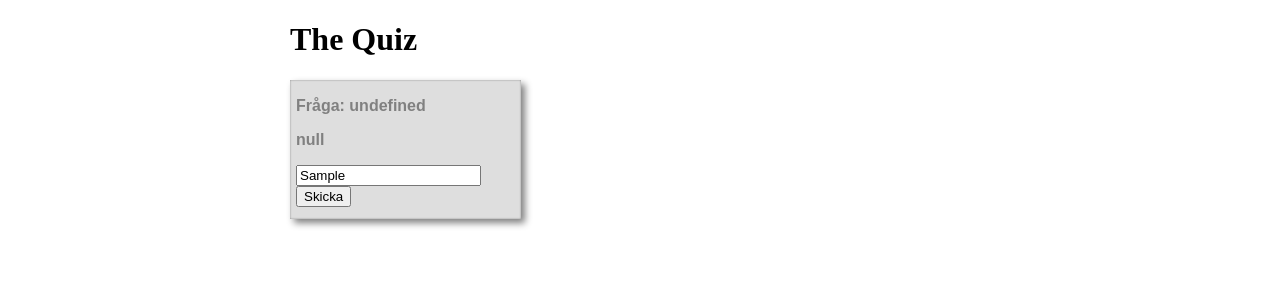
Repository: sk222sw/1dv403-laborationer
Page: 4-thequiz/index.html
The author's editor kept a record of every edit. The page is drawn from the files as they stood at one moment, then again after the next edit.
The browser window is 1280 px wide. The pictures show the whole page.
Empty fields were first filled with sample values (such as "Sample", 5 or name@example.com).
After loading, the first visible `#btnSubmit` was clicked once.
The page's requests for data from a server got no answer.

Above is the page before.
Console error: TypeError: quiz.wrongAnswrer is not a function

After the next edit:
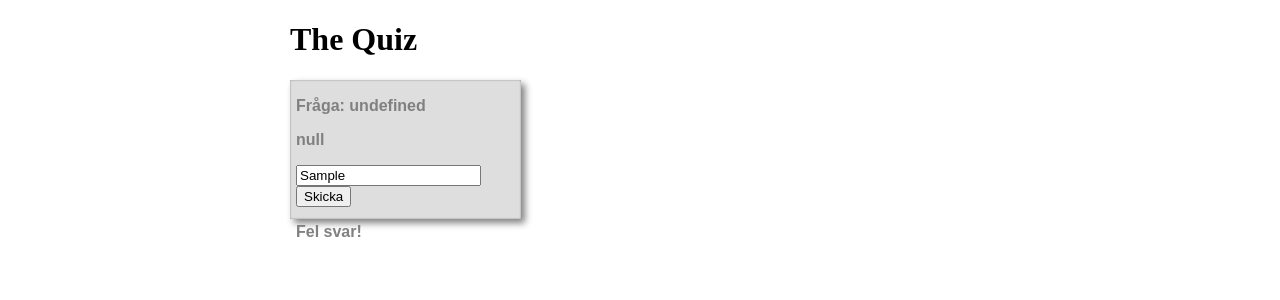
The error is gone.
The edit:
--- a/4-thequiz/script/script.js
+++ b/4-thequiz/script/script.js
@@ -67,7 +67,7 @@
 
 
                         } else {
-                            quiz.wrongAnswrer();
+                            quiz.wrongAnswer();
                             console.log("felkod: " + xhr.status);
                         }
                     }
